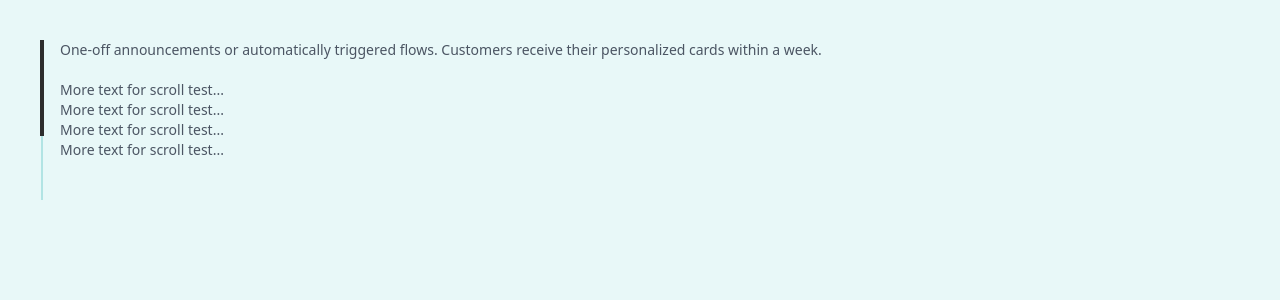
Repository: trusha97/postpilot
Page: scroll.html
These files come from the project's save history. The page is drawn as it stood at one moment and after the next save; the edit follows.
The browser window is 1280 px wide. The pictures show the whole page.
Some web libraries are served in a nearby version.

Above is the page before, as saved 2025-05-19 09:46:43.

### scroll.html
<!DOCTYPE html>
<html lang="en">
<head>
  <meta charset="UTF-8" />
  <meta name="viewport" content="width=device-width, initial-scale=1.0"/>
  <title>Scroll Based Line</title>
  <script src="https://cdn.tailwindcss.com"></script>
  <style>
    /* Custom Scrollbar */
    .custom-scroll::-webkit-scrollbar {
      width: 4px;
    }
    .custom-scroll::-webkit-scrollbar-thumb {
      background-color: #94d3ce;
      border-radius: 4px;
    }

    /* Dynamic Line Parts */
    .line-container {
      display: flex;
      flex-direction: column;
      align-items: center;
      height: 100%;
    }

    .line-top {
      background-color: #2d2d2d; /* black */
      width: 4px;
      height: 60%;
    }

    .line-bottom {
      background-color: #b2e4e4; /* light blue */
      width: 2px;
      flex-grow: 1;
    }
  </style>
</head>
<body class="bg-[#e8f8f8] p-10">

  <div class="flex space-x-4 h-40">
    <!-- Left Line -->
    <div class="line-container">
      <div class="line-top"></div>
      <div class="line-bottom"></div>
    </div>

    <!-- Scrollable Paragraph -->
    <div class="overflow-y-auto h-full text-sm text-gray-600 pr-2 custom-scroll w-full">
      One-off announcements or automatically triggered flows. Customers receive their personalized cards within a week.
      <br/><br/>
      More text for scroll test...<br/>
      More text for scroll test...<br/>
      More text for scroll test...<br/>
      More text for scroll test...<br/>
    </div>
  </div>

</body>
</html>

After the next save:
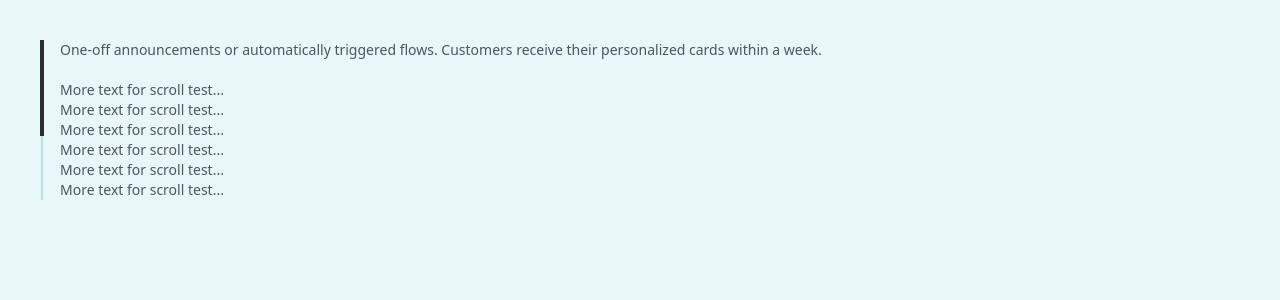
Saved 12 s later.
--- a/scroll.html
+++ b/scroll.html
@@ -53,6 +53,10 @@
       More text for scroll test...<br/>
       More text for scroll test...<br/>
       More text for scroll test...<br/>
+       More text for scroll test...<br/>
+      More text for scroll test...<br/>
+      More text for scroll test...<br/>
+      More text for scroll test...<br/>
     </div>
   </div>
 
